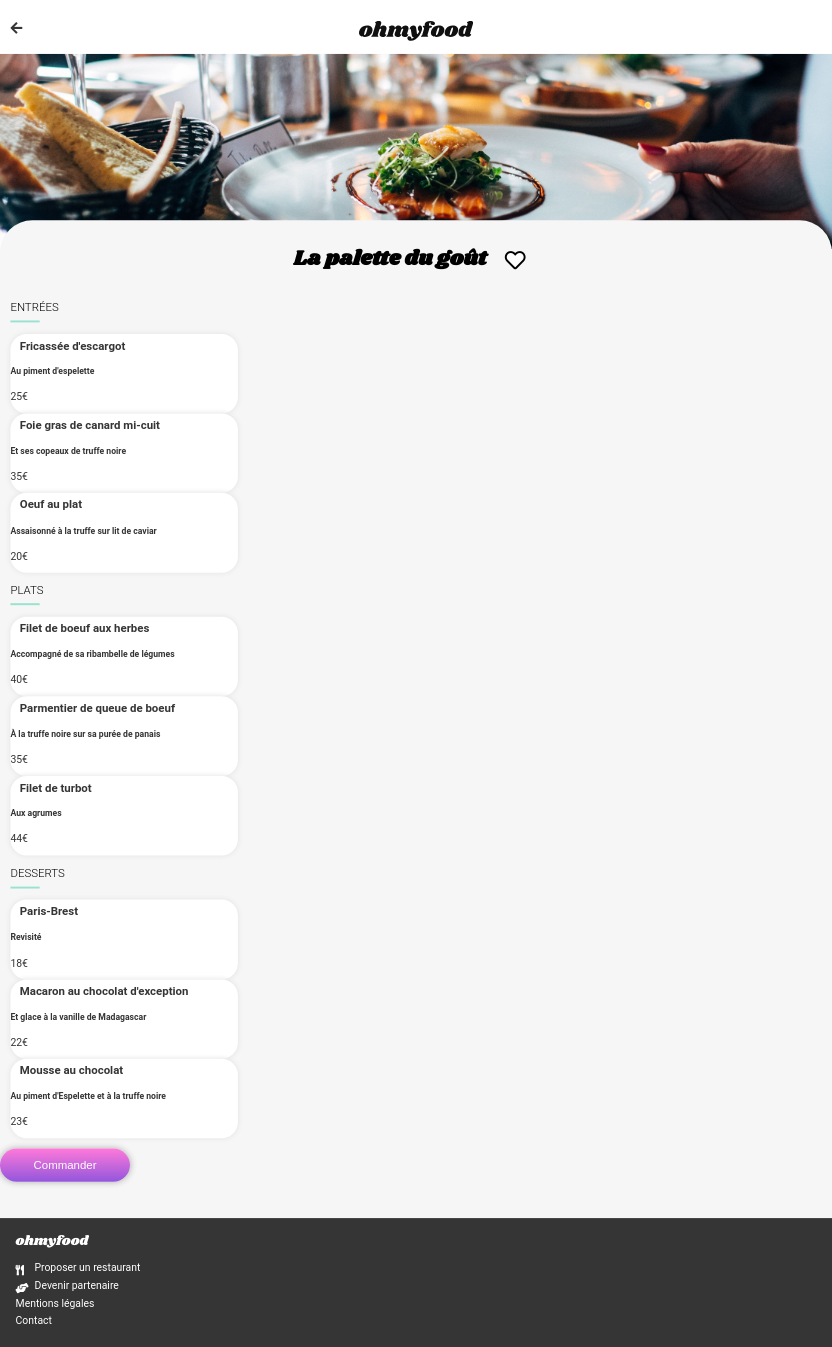
Repository: AlexisTisserand/AlexisTisserand_3_24112020
Page: menu-la-palette-du-gout.html
The author's editor kept a copy of each file at every save. The page is drawn from the files as they stood at one save, then again after the next save.
The browser window is 1280 px wide. The pictures show the whole page, at 65% of full size.
Some web libraries are served in a nearby version. The style sheet was rebuilt from its Sass, Less or Tailwind sources for each picture, by a compiler version that may differ from the author's.

Above is the page before, as saved 2020-12-02 17:37:55.

After the next save:
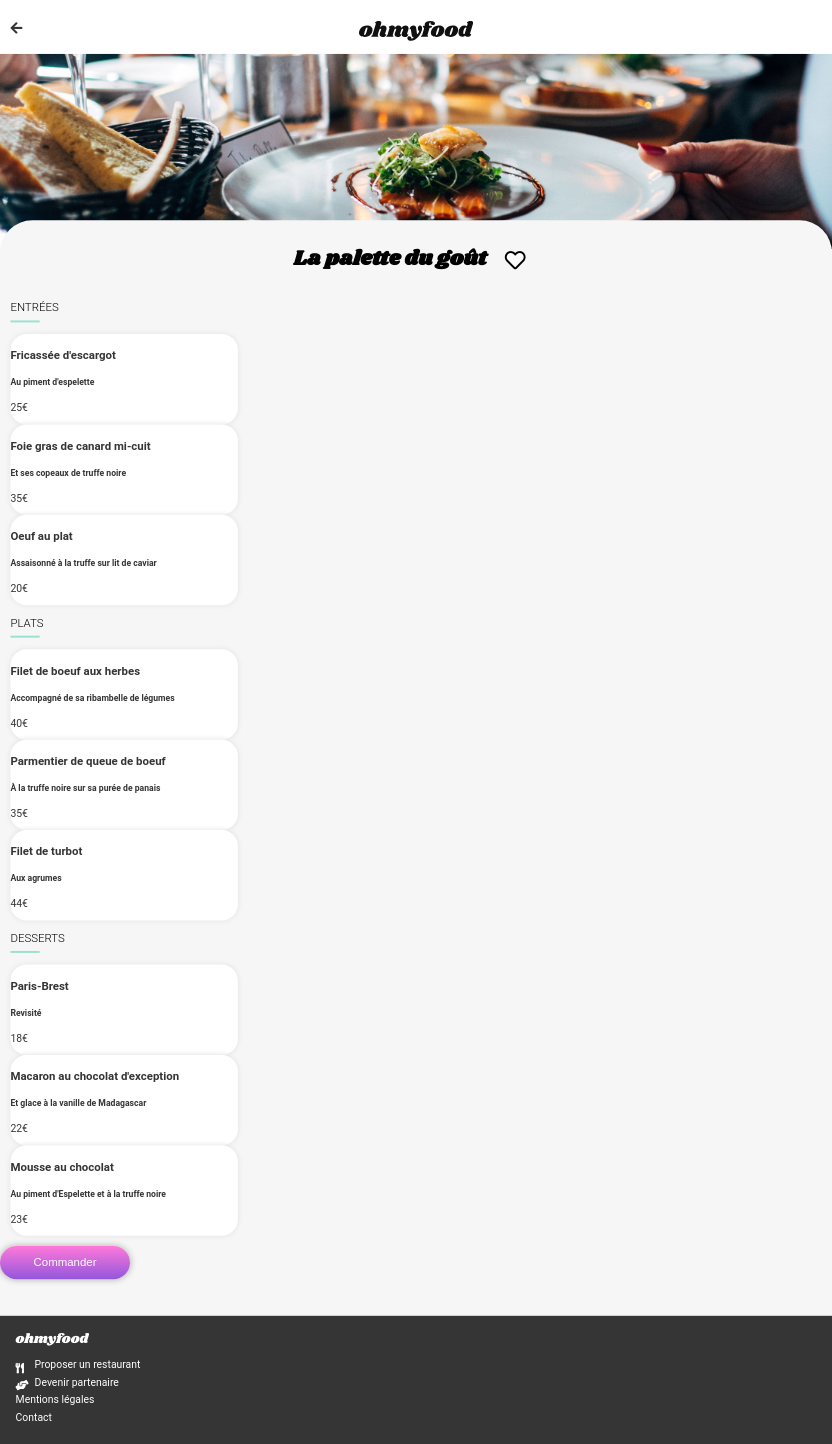
Saved 12 s later.
--- a/sass/style.scss
+++ b/sass/style.scss
@@ -24,7 +24,7 @@
 }
 
 .margin-plats{
-    margin-left: $size;
+    margin: 0.5rem 0 0rem 0.9rem;
 }
 
 .cercle{
@@ -438,7 +438,7 @@
         @extend .box-shadow;
         margin-left: $size;
         h4{
-        margin: 0.5rem 0 0rem 0.9rem;
+
         font-size: $size + 0.1rem;
         }
     }

After the 2 saves that followed:
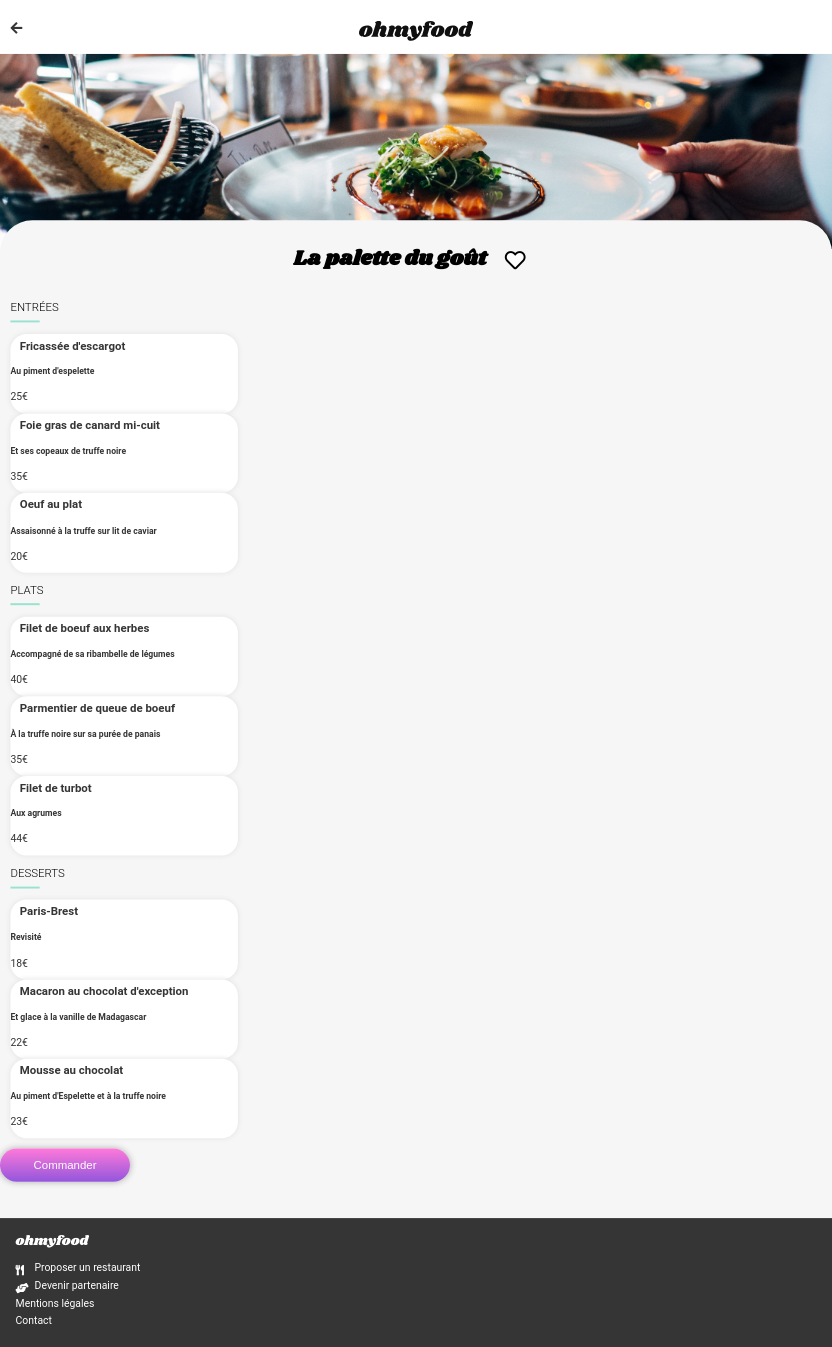
The 2 saves are shown as one change because they came seconds apart.
The last was saved 17 s later.
--- a/sass/style.scss
+++ b/sass/style.scss
@@ -438,7 +438,7 @@
         @extend .box-shadow;
         margin-left: $size;
         h4{
-
+        @extend .margin-plats;
         font-size: $size + 0.1rem;
         }
     }
